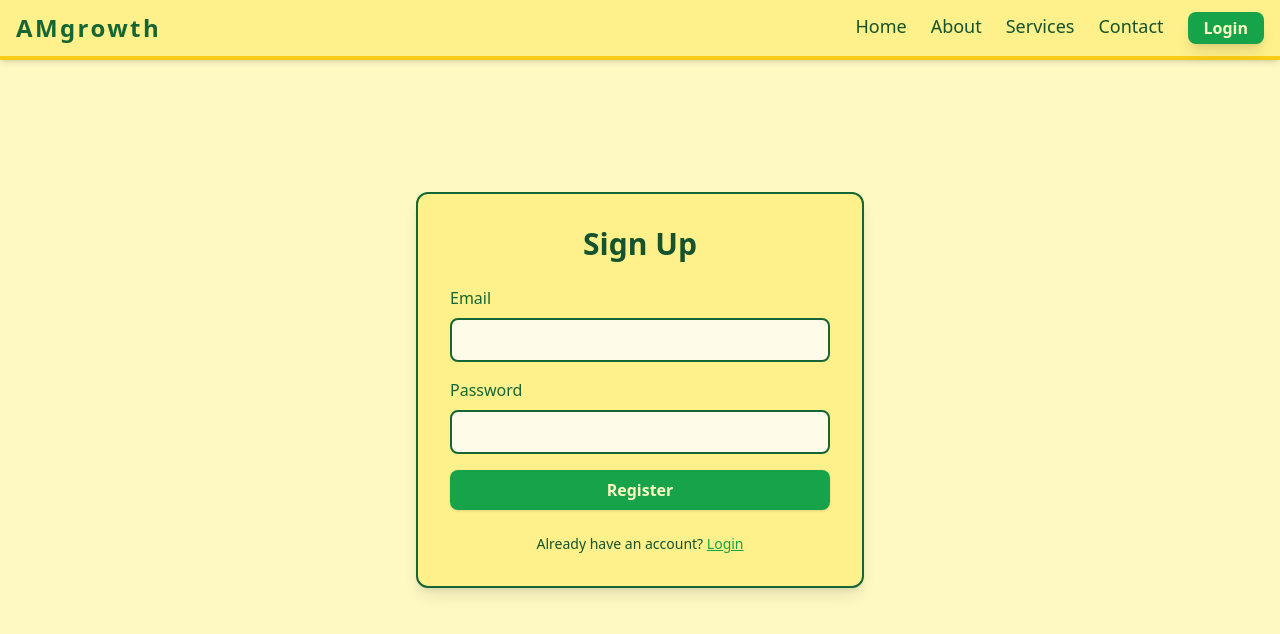
Repository: ArievfRahman-Dev/Mini-Project-II
Page: /regist (app in miniproject2/)
These files come from the project's save history. The page is drawn as it stood at one moment and after the next save; the edit follows.
The browser window is 1280 px wide. The pictures show the whole page.
The project was rebuilt for these pictures with package versions that can differ from the ones it lists, and the page was loaded fresh each time. Also part of the build but not shown: miniproject2/vite.config.js, miniproject2/src/pages/HomePage/index.jsx, miniproject2/src/pages/DetailUser/index.jsx, miniproject2/src/pages/LoginPage/index.jsx, miniproject2/src/routes/ProtectedRoute.jsx.

Above is the page before, as saved 2024-12-16 22:18:58.

After the next save:
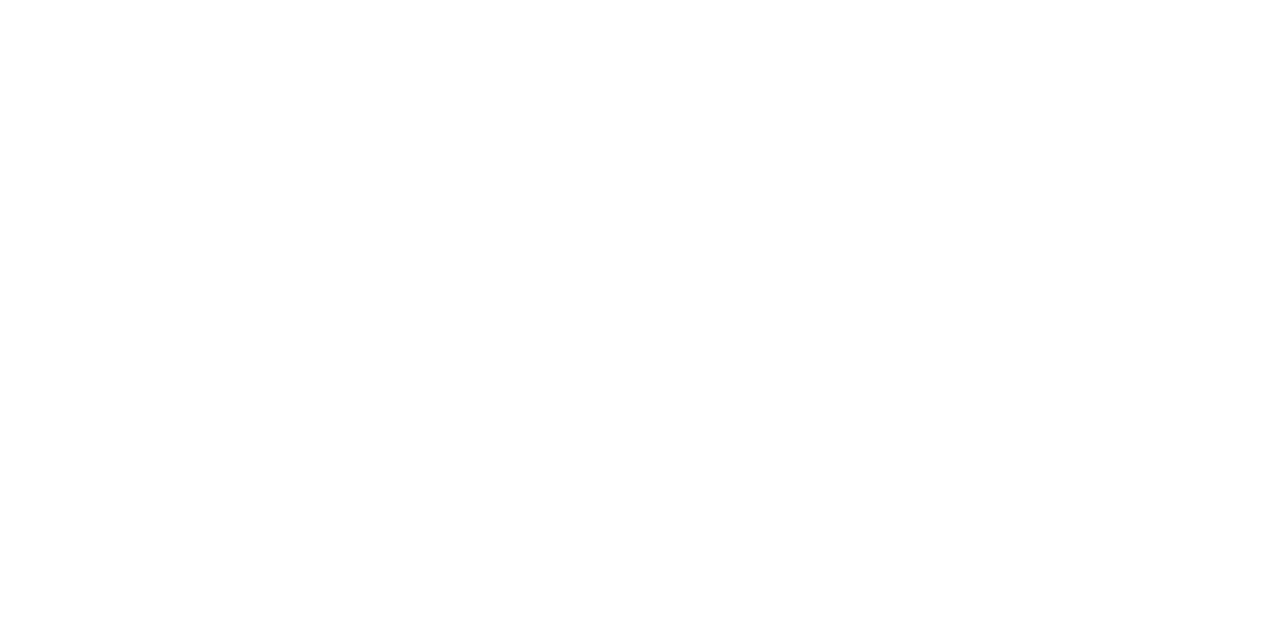
Console error: ReferenceError: Link is not defined
Saved 2 min 0 s later.
--- a/miniproject2/src/pages/RegisterPages/index.jsx
+++ b/miniproject2/src/pages/RegisterPages/index.jsx
@@ -95,12 +95,12 @@
           </form>
           <p className="mt-6 text-sm text-green-900 text-center">
             Already have an account?{" "}
-            <a
-              href="/login"
+            <Link
+              to={`/login`}
               className="text-green-600 hover:text-green-800 retro-font underline"
             >
               Login
-            </a>
+            </Link>
           </p>
         </div>
       </div>

After the 2 saves that followed:
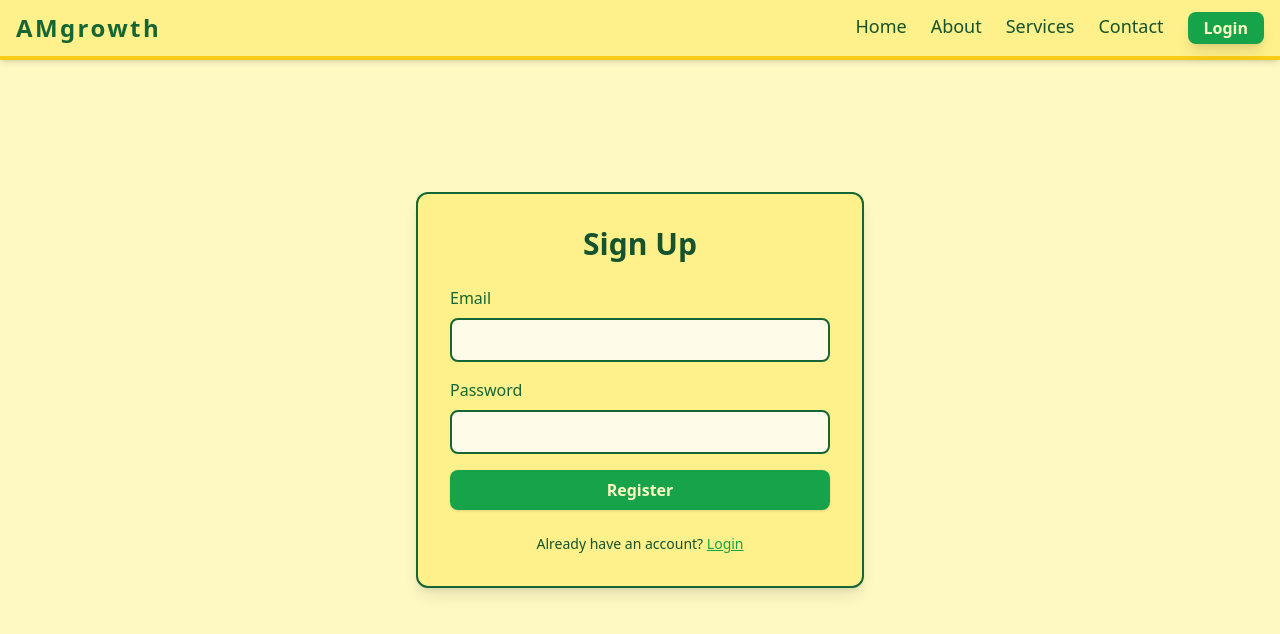
The error is gone.
The 2 saves are shown as one change because 1 left the picture as it was.
The last was saved 54 s later.
--- a/miniproject2/src/pages/RegisterPages/index.jsx
+++ b/miniproject2/src/pages/RegisterPages/index.jsx
@@ -2,6 +2,7 @@
 import { useState } from "react";
 import { useNavigate } from "react-router-dom";
 import { Navbar } from "../../components/Navbar";
+import { Link } from "react-router-dom";
 
 export const RegisterPage = () => {
   const [form, setForm] = useState({
